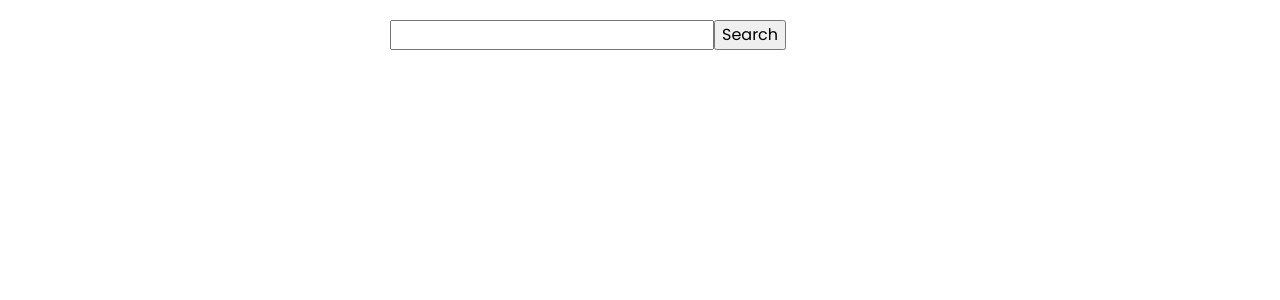
Repository: hoang0508/ReactJsDevWork
Page: /
An editor plug-in stored every save of this project. The page is shown before and after the next save, followed by the edit.
The browser window is 1280 px wide. The pictures show the whole page.
The project was rebuilt for these pictures with package versions that can differ from the ones it lists, and the page was loaded fresh each time.

Above is the page before, as saved 2022-02-11 21:16:44.

### src/index.scss
body {
  margin: 0;
  font-family: "Poppins", sans-serif;
  font-size: 16px;
  -webkit-font-smoothing: antialiased;
  -moz-osx-font-smoothing: grayscale;
}

code {
  font-family: source-code-pro, Menlo, Monaco, Consolas, "Courier New",
    monospace;
}

### src/App.js
import "./App.scss";
import YoutubeSearch from "./components/YTBSearch/YoutubeSearch";
// import Product from "./components/Product/Product";
// import Button from "./components/Button/Button";
// import Food from "./components/FoodApi/Food";

function App() {
  return (
    <>
      {/* <div>Hello</div> */}
      {/* <Food /> */}
      {/* <Button /> */}
      {/* <Product /> */}
      <YoutubeSearch />
    </>
  );
}

export default App;

### src/App.scss
@import url("https://fonts.googleapis.com/css2?family=Poppins:ital,wght@0,300;0,400;0,500;0,600;0,700;1,600&family=Red+Hat+Display:wght@300;400;500;600;700&display=swap");
*,
*::before,
*::after {
  box-sizing: border-box;
}
body,
h1,
h2,
h3,
h4,
h5,
h6,
p,
figure,
picture {
  margin: 0;
}
body {
  min-height: 100vh;
  line-height: 1.5;
}
input,
button,
select,
textarea {
  font: inherit;
}
img,
picture {
  display: block;
  max-width: 100%;
}
/* remove animation for people who've turned them off */
@media (prefers-reduced-motion: reduce) {
  *,
  *::before,
  *::after {
    animation-duration: 0.01ms !important;
    animation-iteration-count: 1 !important;
    transition-duration: 0.01ms !important;
    scroll-behavior: auto !important;
  }
}

// body {
//   background: #eb3349; /* fallback for old browsers */
//   background: -webkit-linear-gradient(
//     to right,
//     #f45c43,
//     #eb3349
//   ); /* Chrome 10-25, Safari 5.1-6 */
//   background: linear-gradient(
//     to right,
//     #f45c43,
//     #eb3349
//   ); /* W3C, IE 10+/ Edge, Firefox 16+, Chrome 26+, Opera 12+, Safari 7+ */
// }

### src/components/YTBSearch/YoutubeSearch.js
import React from "react";
import "./YoutubeSearch.scss";
const YoutubeSearch = () => {
  return (
    <div className="youtube">
      <form action="#" className="youtube-form">
        <input type="text" className="youtube-search" />
        <button className="youtube-btn">Search</button>
      </form>
    </div>
  );
};

export default YoutubeSearch;

### src/components/YTBSearch/YoutubeSearch.scss
.youtube {
  padding: 20px;
  &-form {
    max-width: 500px;
    margin: 0 auto;
  }
  &-input {
    width: 100%;
    border: 1px solid #eee;
    outline: none;
    padding: 15px;
    border-radius: 10px;
  }
  // &-btn {
  // }
}

Loaded but not shown: public/index.html (common file); src/index.js (common file); src/reportWebVitals.js (common file)

After the next save:
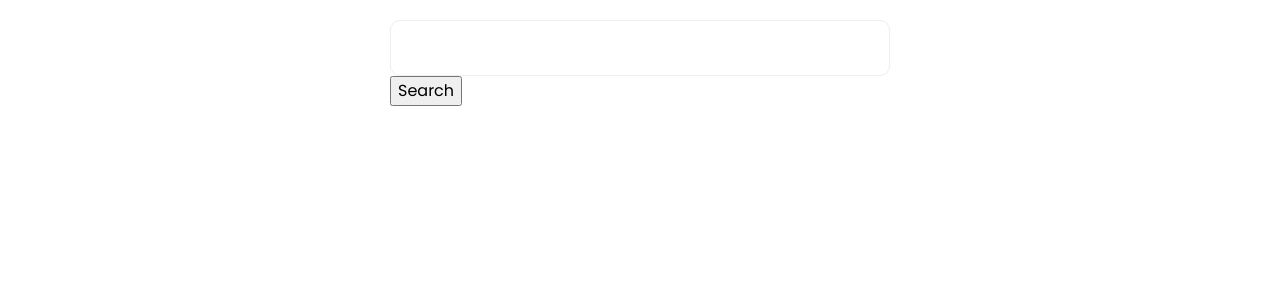
Saved 2 min 4 s later.
--- a/src/components/YTBSearch/YoutubeSearch.scss
+++ b/src/components/YTBSearch/YoutubeSearch.scss
@@ -4,7 +4,7 @@
     max-width: 500px;
     margin: 0 auto;
   }
-  &-input {
+  &-search {
     width: 100%;
     border: 1px solid #eee;
     outline: none;
